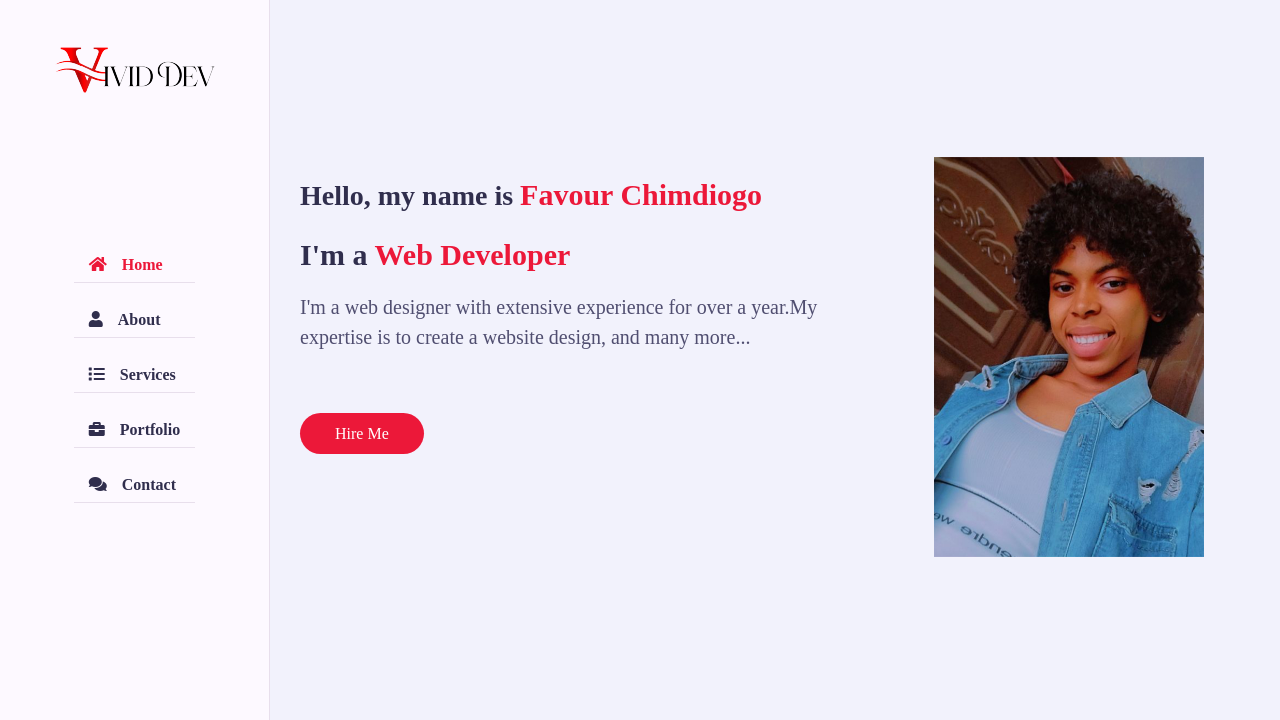
Repository: Big-Fave1/vivid-dev-portfolio
Page: build/index.html
These files come from the project's save history. The page is drawn as it stood at one moment and after the next save; the edit follows.
The browser window is 1280 px wide. The pictures show the whole page.
Some web fonts or font styles are not loaded; a fallback is used.

Above is the page before, as saved 2025-05-30 12:26:07.

After the next save:
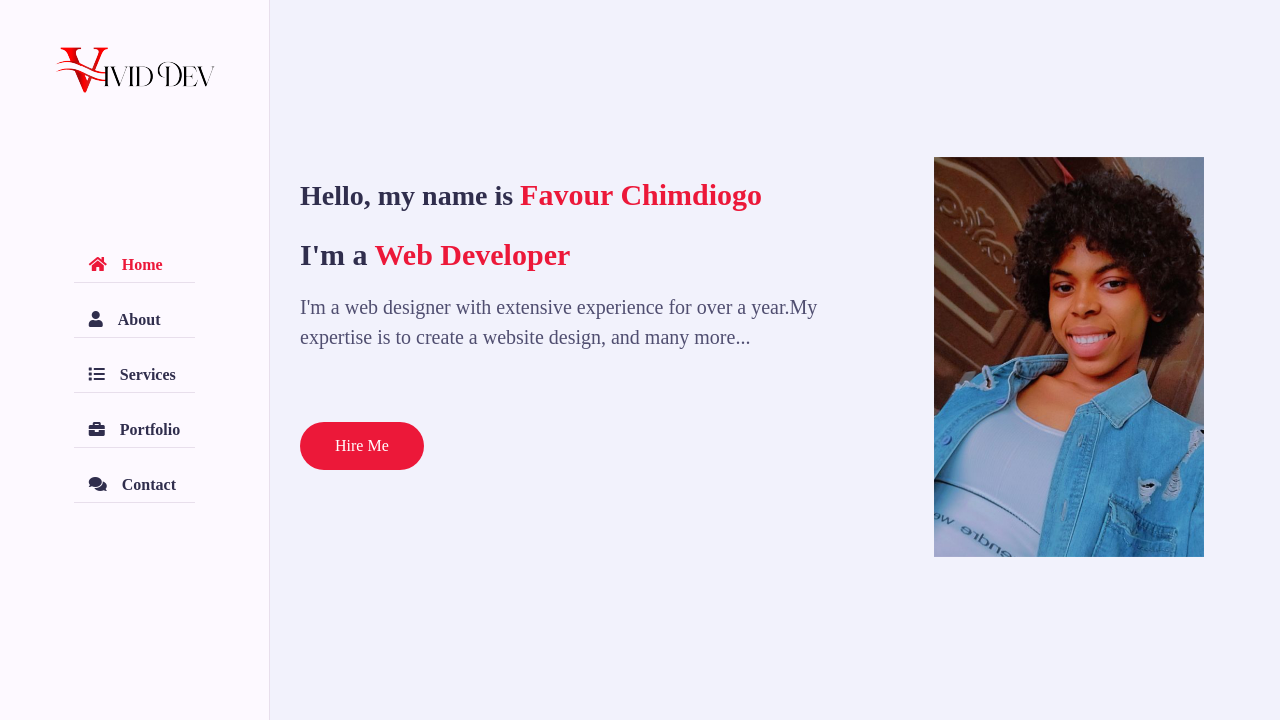
Saved 54 s later.
--- a/build/css/style.css
+++ b/build/css/style.css
@@ -74,6 +74,9 @@ ul
     padding: 12px 35px;
     background: var(--skin-color);
     color: white;
+    display: inline-block;
+    white-space: nowrap;
+
     border-radius:40px;
 }
 /* aside */
